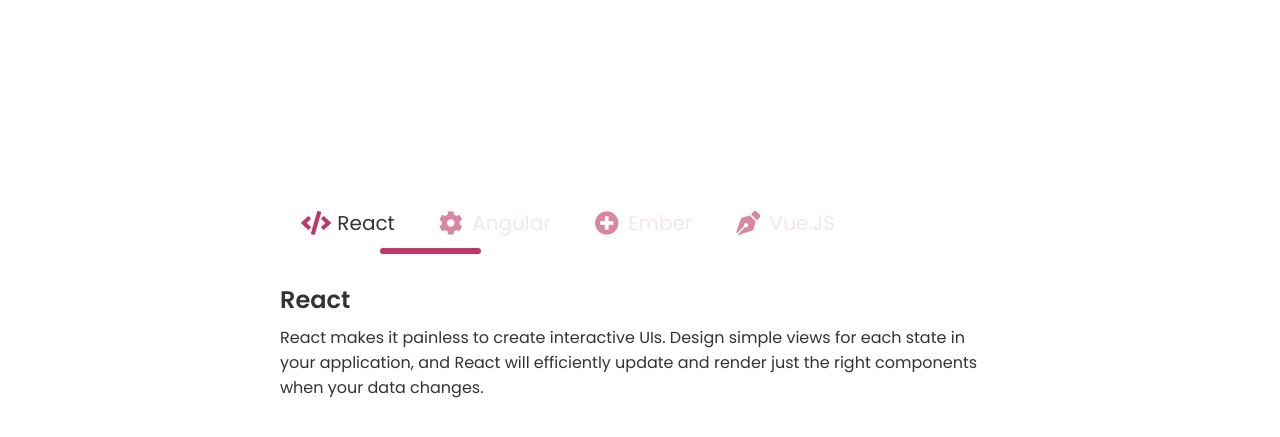
Repository: NguyenMinhTho2207/MT.Shoppe
Page: index-test.html
These files come from the project's save history. The page is drawn as it stood at one moment and after the next save; the edit follows.
The browser window is 1280 px wide. The pictures show the whole page.

Above is the page before, as saved 2021-11-30 09:16:30.

After the next save:
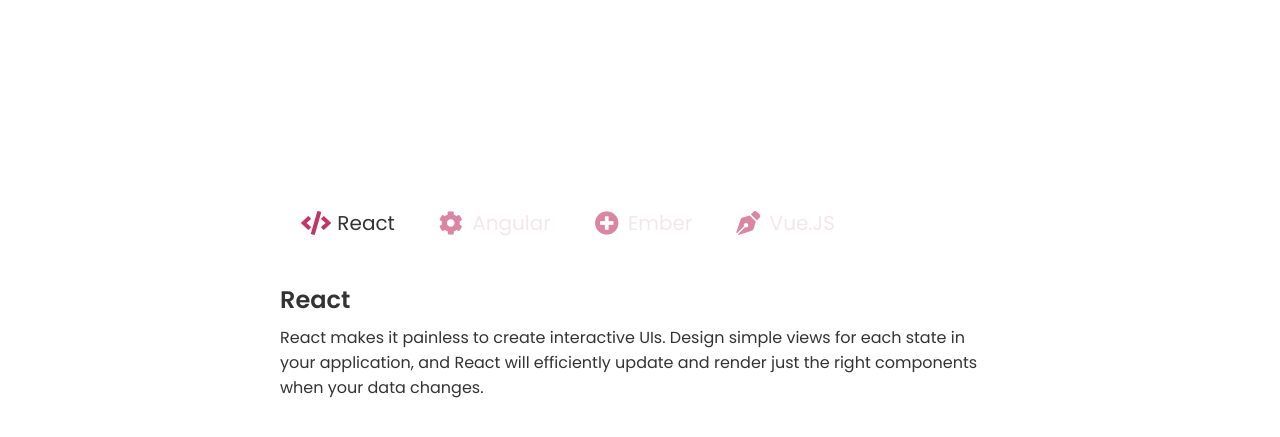
Saved 7 s later.
--- a/styleTest.css
+++ b/styleTest.css
@@ -17,9 +17,9 @@
 }
 .tabs .line {
   position: absolute;
-  left: 100px;
+  left: 0;
   bottom: 0;
-  width: 101px;
+  width: 0;
   height: 6px;
   border-radius: 15px;
   background-color: #c23564;
